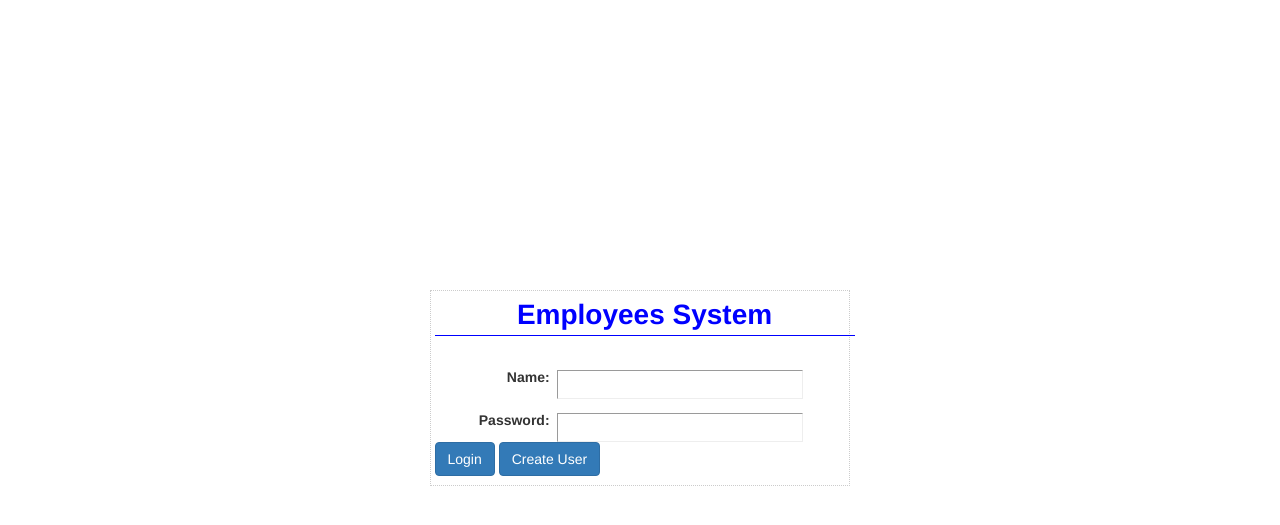
Repository: Hossam-Ali-zz/Employee-System
Page: http://localhost/Employee/login.jsp?lang=en
These files come from the project's save history. The page is drawn as it stood at one moment and after the next save; the edit follows.
The browser window is 1280 px wide. The pictures show the whole page.
Some web libraries are served in a nearby version. The page is served by Tomcat 9. Nobody is signed in. The application's start-up code is not run. Other server files are loaded and not shown.

Above is the page before, as saved 2017-04-03 12:25:46.

### Employee/WebContent/login.jsp
<!DOCTYPE HTML PUBLIC "-//W3C//DTD HTML 4.01//EN" "http://www.w3.org/TR/html4/strict.dtd">
<html>
<head>
<title>Employee</title>
<link rel="stylesheet"
	href="https://maxcdn.bootstrapcdn.com/bootstrap/3.3.7/css/bootstrap.min.css">
<script
	src="https://ajax.googleapis.com/ajax/libs/jquery/3.1.1/jquery.min.js"></script>
<script
	src="https://maxcdn.bootstrapcdn.com/bootstrap/3.3.7/js/bootstrap.min.js"></script>
<style type="text/css">
html, body {
	height: 100%;
	padding: 0;
	margin: 0;
}

form {
	width: 30em;
	height: 14em;
	margin: -5em auto 0 auto;
	position: relative;
	top: 50%;
	border: 1px dotted #ccc;
	padding: .25em;
}

fieldset {
	margin: 0;
	border: 0;
	padding: 0;
}

legend {
	float: left;
	font-size: 200%;
	text-align: center;
	color: blue;
	font-weight: bold;
	border-bottom: 1px solid blue;
	width: 15em;
	padding: 0;
}

label, label+input {
	display: inline;
	float: left;
	margin-top: 1em;
}

label {
	text-align: right;
	width: 28%;
	clear: left;
	margin-top: .8em;
}

label+input {
	width: 60%;
	padding: .25em;;
	margin-left: .5em;
	border: 1px inset;
	margin-left:
}

#sub {
	margin-top: 1em;
	position: relative;
	float: left;
	clear: left;
	margin-left: 29%
}
</style>
</head>
<body>
	<form action="" method="post">
		<fieldset>
			<legend>Employees System</legend>
			<label for="name">Name: </label><input type="text" name="name"
				id="name"> <label for="password">Password: </label><input
				type="password" name="password" id="password"> <input
				class="btn btn-primary btn-md" type="submit" value="Login">
			<input class="btn btn-primary btn-md" type="submit" value="Create User">
		</fieldset>
	</form>
</body>
</html>

After the next save:
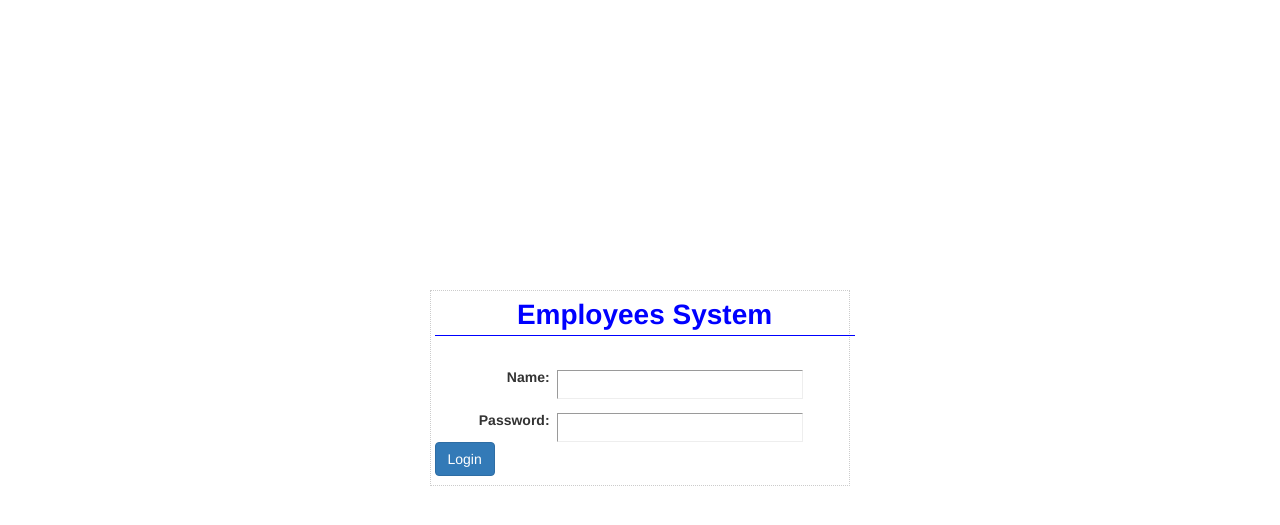
Saved 59 s later.
--- a/Employee/WebContent/login.jsp
+++ b/Employee/WebContent/login.jsp
@@ -80,7 +80,6 @@ label+input {
 				id="name"> <label for="password">Password: </label><input
 				type="password" name="password" id="password"> <input
 				class="btn btn-primary btn-md" type="submit" value="Login">
-			<input class="btn btn-primary btn-md" type="submit" value="Create User">
 		</fieldset>
 	</form>
 </body>
